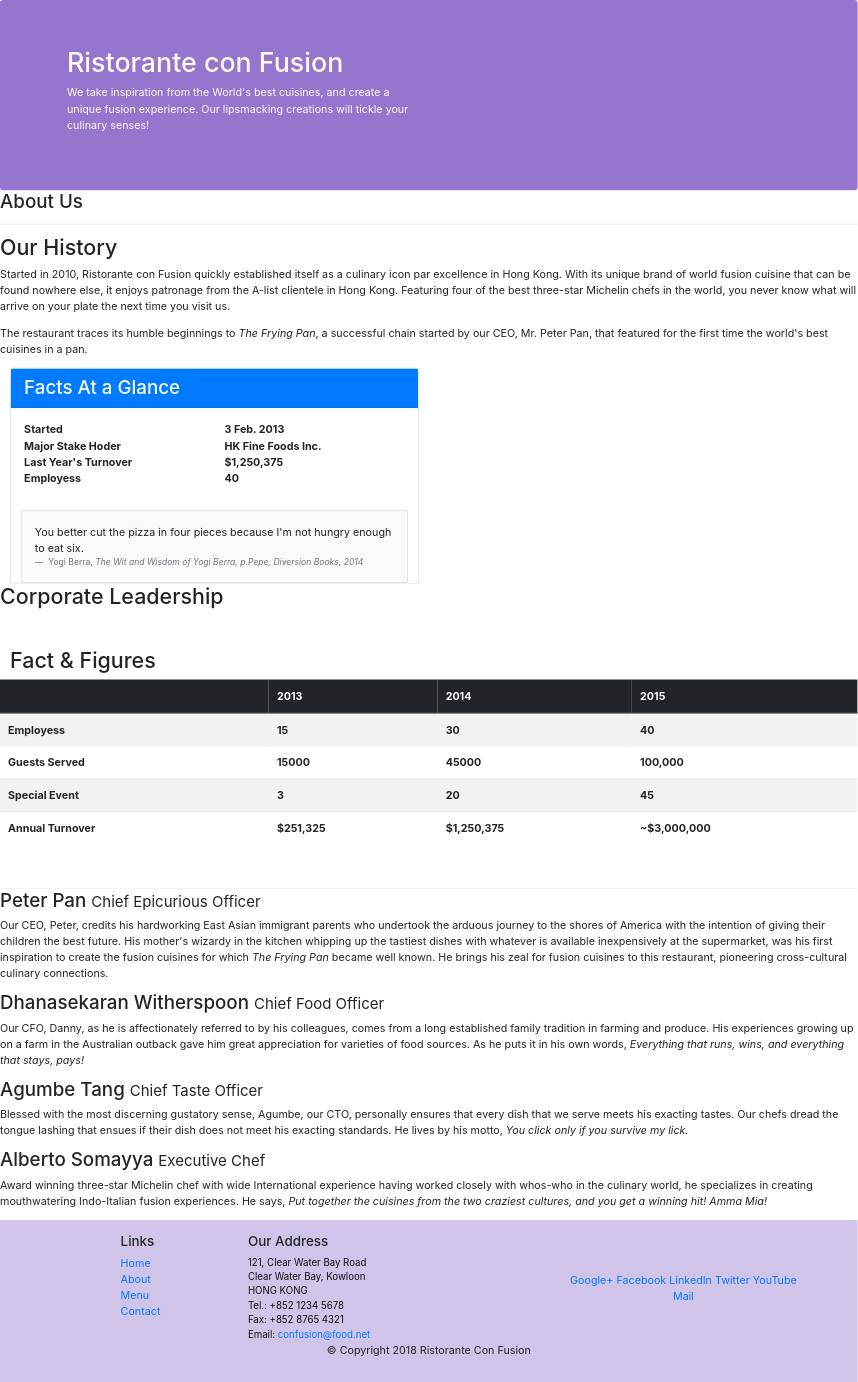
Repository: HwZau/conFusion
Page: aboutus.html
An editor plug-in stored every save of this project. The page is shown before and after a run of saves, followed by the edit.
The browser window is 1280 px wide. The pictures show the whole page, at 67% of full size.

Above is the page before, as saved 2022-05-19 11:09:33.

### aboutus.html
<!DOCTYPE html>
<html lang="en">

<head>
  <title>Ristorante Con Fusion: About Us</title>
  <meta charset="utf-8" />
  <meta name="viewport" content="width=device-width, initial-scale=1, shrink-to-fit=no" />
  <meta http-equiv="x-ua-compatible" content="ie=edge" />

  <!-- Bootstrap CSS -->
  <link rel="stylesheet" href="node_modules/bootstrap/dist/css/bootstrap.min.css" />
  <link rel="stylesheet" href="node_modules/font-awesome/css/font-awesome.min.css" />
  <link rel="stylesheet" href="node_modules/bootstrap-social/bootstrap-social.css" />
  <link rel="stylesheet" href="css/style.css" />
</head>
</head>

<body>
  <header class="jumbotron">
    <div class="container">
      <div class="row row-header">
        <div class="col-12 col-sm-6">
          <h1>Ristorante con Fusion</h1>
          <p>
            We take inspiration from the World's best cuisines, and create a
            unique fusion experience. Our lipsmacking creations will tickle
            your culinary senses!
          </p>
        </div>
        <div class="col-12 col-sm"></div>
      </div>
    </div>
  </header>

  <div>
    <div>
      <div>
        <h3>About Us</h3>
        <hr />
      </div>
    </div>

    <div>
      <div>
        <h2>Our History</h2>
        <p>
          Started in 2010, Ristorante con Fusion quickly established itself as
          a culinary icon par excellence in Hong Kong. With its unique brand
          of world fusion cuisine that can be found nowhere else, it enjoys
          patronage from the A-list clientele in Hong Kong. Featuring four of
          the best three-star Michelin chefs in the world, you never know what
          will arrive on your plate the next time you visit us.
        </p>
        <p>
          The restaurant traces its humble beginnings to
          <em>The Frying Pan</em>, a successful chain started by our CEO, Mr.
          Peter Pan, that featured for the first time the world's best
          cuisines in a pan.
        </p>
      </div>
      <div class="col-12 col-sm-6">
        <div class="card">
          <h3 class="card-header bg-primary text-white">Facts At a Glance</h3>
          <div class="card-body">
            <dl class="row">
              <dt class="col-6">Started</dt>
              <dt class="col-6">3 Feb. 2013</dt>
              <dt class="col-6">Major Stake Hoder</dt>
              <dt class="col-6">HK Fine Foods Inc.</dt>
              <dt class="col-6">Last Year's Turnover</dt>
              <dt class="col-6">$1,250,375</dt>
              <dt class="col-6">Employess</dt>
              <dt class="col-6">40</dt>
            </dl>
          </div>
          <div class="col-12">
            <div class="card card-body bg-light">
              <p class="mb-0">You better cut  the pizza in four pieces because I'm not hungry enough to eat six.</p>
              <footer class="blockquote-footer">
                Yogi Berra, <cite title="Source Title">The Wit and Wisdom of Yogi Berra, p.Pepe, Diversion Books, 2014</cite>
              </footer>
            </div>
          </div>
        </div>
      </div>

    </div>

    <div>
      <div>
        <h2>Corporate Leadership</h2>
        <div class="row row-content">
          <div class="col-12 col-sm-9">
            <h2>Fact &amp; Figures</h2>
          </div>
          <div class="col-12 col-sm-3"></div>

          <div class="table-responsive">
            <table class="table table-striped">
              <thead class="thead-dark">
                <tr>
                  <th>&nbsp;</th>
                  <th>2013</th>
                  <th>2014</th>
                  <th>2015</th>
                </tr>
              </thead>
              <tbody>
                <tr>
                  <th>Employess</th>
                  <th>15</th>
                  <th>30</th>
                  <th>40</th>
                </tr>
                <tr>
                  <th>Guests Served</th>
                  <th>15000</th>
                  <th>45000</th>
                  <th>100,000</th>
                </tr>
                <tr>
                  <th>Special Event</th>
                  <th>3</th>
                  <th>20</th>
                  <th>45</th>
                </tr>
                <tr>
                  <th>Annual Turnover</th>
                  <th>$251,325</th>
                  <th>$1,250,375</th>
                  <th>~$3,000,000</th>
                </tr>
              </tbody>
            </table>
          </div>
        </div>
        <h3>Peter Pan <small>Chief Epicurious Officer</small></h3>
        <p>
          Our CEO, Peter, credits his hardworking East Asian immigrant parents
          who undertook the arduous journey to the shores of America with the
          intention of giving their children the best future. His mother's
          wizardy in the kitchen whipping up the tastiest dishes with whatever
          is available inexpensively at the supermarket, was his first
          inspiration to create the fusion cuisines for which
          <em>The Frying Pan</em> became well known. He brings his zeal for
          fusion cuisines to this restaurant, pioneering cross-cultural
          culinary connections.
        </p>
        <h3>Dhanasekaran Witherspoon <small>Chief Food Officer</small></h3>
        <p>
          Our CFO, Danny, as he is affectionately referred to by his
          colleagues, comes from a long established family tradition in
          farming and produce. His experiences growing up on a farm in the
          Australian outback gave him great appreciation for varieties of food
          sources. As he puts it in his own words,
          <em>Everything that runs, wins, and everything that stays, pays!</em>
        </p>
        <h3>Agumbe Tang <small>Chief Taste Officer</small></h3>
        <p>
          Blessed with the most discerning gustatory sense, Agumbe, our CTO,
          personally ensures that every dish that we serve meets his exacting
          tastes. Our chefs dread the tongue lashing that ensues if their dish
          does not meet his exacting standards. He lives by his motto,
          <em>You click only if you survive my lick.</em>
        </p>
        <h3>Alberto Somayya <small>Executive Chef</small></h3>
        <p>
          Award winning three-star Michelin chef with wide International
          experience having worked closely with whos-who in the culinary
          world, he specializes in creating mouthwatering Indo-Italian fusion
          experiences. He says,
          <em>Put together the cuisines from the two craziest cultures, and you
            get a winning hit! Amma Mia!</em>
        </p>
      </div>
    </div>
  </div>

  <footer class="footer">
    <div class="container">
      <div class="row">
        <div class="col-4 offset-1 col-sm-2">
          <h5>Links</h5>
          <ul class="list-unstyled">
            <li><a href="#">Home</a></li>
            <li><a href="#">About</a></li>
            <li><a href="#">Menu</a></li>
            <li><a href="#">Contact</a></li>
          </ul>
        </div>
        <div class="col-7 col-sm-5">
          <h5>Our Address</h5>
          <address>
            121, Clear Water Bay Road<br />
            Clear Water Bay, Kowloon<br />
            HONG KONG<br />
            Tel.: +852 1234 5678<br />
            Fax: +852 8765 4321<br />
            Email: <a href="mailto:confusion@food.net">confusion@food.net</a>
          </address>
        </div>
        <div class="col-12 col-sm-4 align-self-center">
          <div class="text-center">
            <a href="http://google.com/+">Google+</a>
            <a href="http://www.facebook.com/profile.php?id=">Facebook</a>
            <a href="http://www.linkedin.com/in/">LinkedIn</a>
            <a href="http://twitter.com/">Twitter</a>
            <a href="http://youtube.com/">YouTube</a>
            <a href="mailto:">Mail</a>
          </div>
        </div>
      </div>
      <div class="row justify-content-center">
        <div class="col-auto">
          <p>© Copyright 2018 Ristorante Con Fusion</p>
        </div>
      </div>
    </div>
  </footer>
</body>

</html>

### css/style.css

.row-header {
	margin: 0px auto;
	padding: 0px auto;
}

.row-content {
	margin: 0 auto;
	padding: 50px 0px 50px 0px;
	border-bottom: 1px ridge;
	min-height: 400px;
}

.footer {
	background-color: #D1C4E9;
	margin: 0px auto;
	padding: 20px 0px 20px 0px;
}

.jumbotron {
	padding: 70px 30px 70px 30px;
	margin: 0px auto;
	background: #9575CD;
	color: floralwhite;
}

address {
	font-size: 90%;
	margin: 0px;
	color:#0f0f0f;
}

Loaded but not shown: node_modules/bootstrap/dist/css/bootstrap.min.css (library); node_modules/font-awesome/css/font-awesome.min.css (library); node_modules/bootstrap-social/bootstrap-social.css (library)

After the next 7 saves:
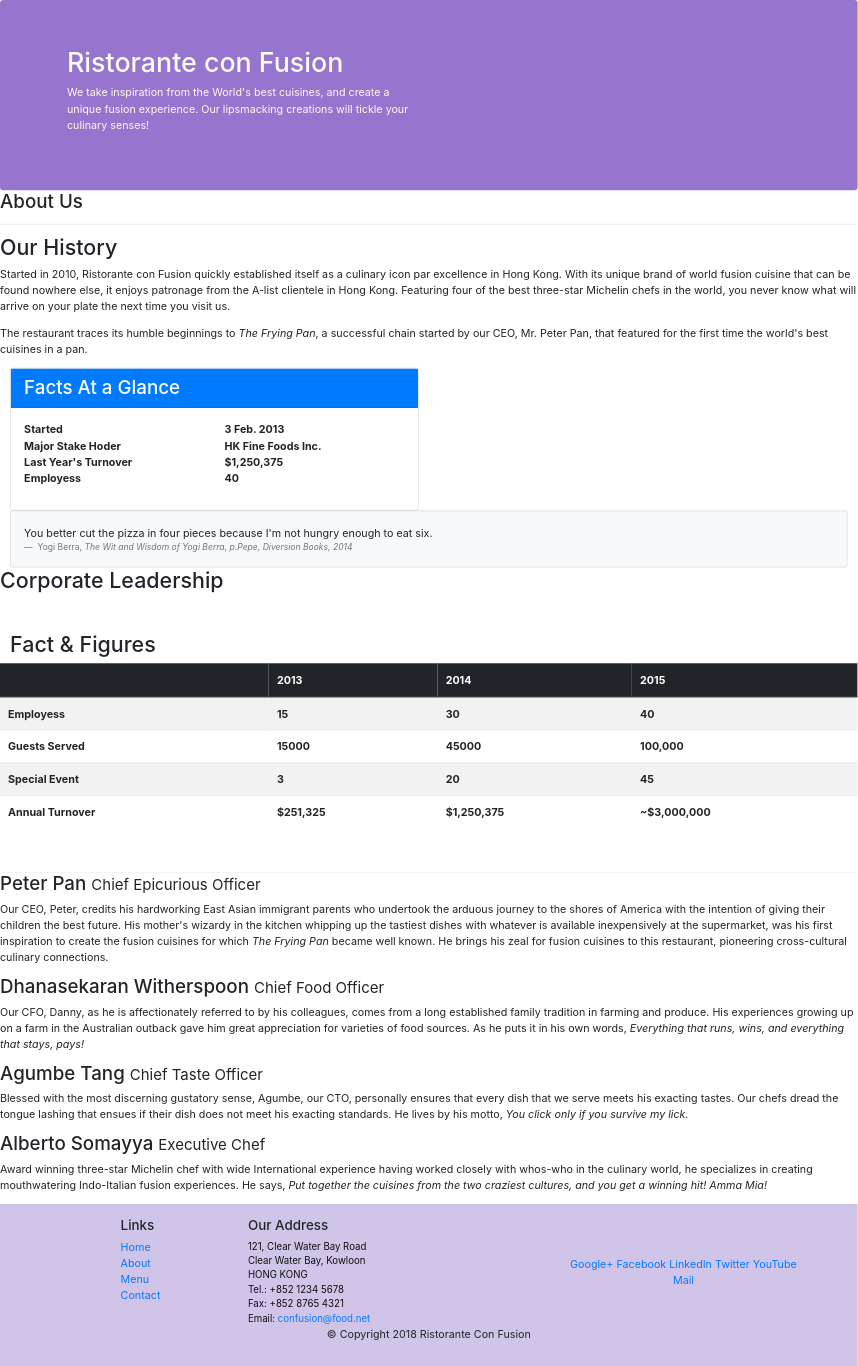
The 7 saves are shown as one change because they came seconds apart.
The last was saved 19 s later.
--- a/aboutus.html
+++ b/aboutus.html
@@ -73,18 +73,21 @@
               <dt class="col-6">40</dt>
             </dl>
           </div>
-          <div class="col-12">
-            <div class="card card-body bg-light">
-              <p class="mb-0">You better cut  the pizza in four pieces because I'm not hungry enough to eat six.</p>
-              <footer class="blockquote-footer">
-                Yogi Berra, <cite title="Source Title">The Wit and Wisdom of Yogi Berra, p.Pepe, Diversion Books, 2014</cite>
-              </footer>
-            </div>
-          </div>
-        </div>
-      </div>
-
-    </div>
+
+        </div>
+
+      </div>
+
+
+    </div>
+    <div class="col-12">
+        <div class="card card-body bg-light">
+          <p class="mb-0">You better cut  the pizza in four pieces because I'm not hungry enough to eat six.</p>
+          <footer class="blockquote-footer">
+            Yogi Berra, <cite title="Source Title">The Wit and Wisdom of Yogi Berra, p.Pepe, Diversion Books, 2014</cite>
+          </footer>
+        </div>
+      </div>
 
     <div>
       <div>

After the 3 saves that followed:
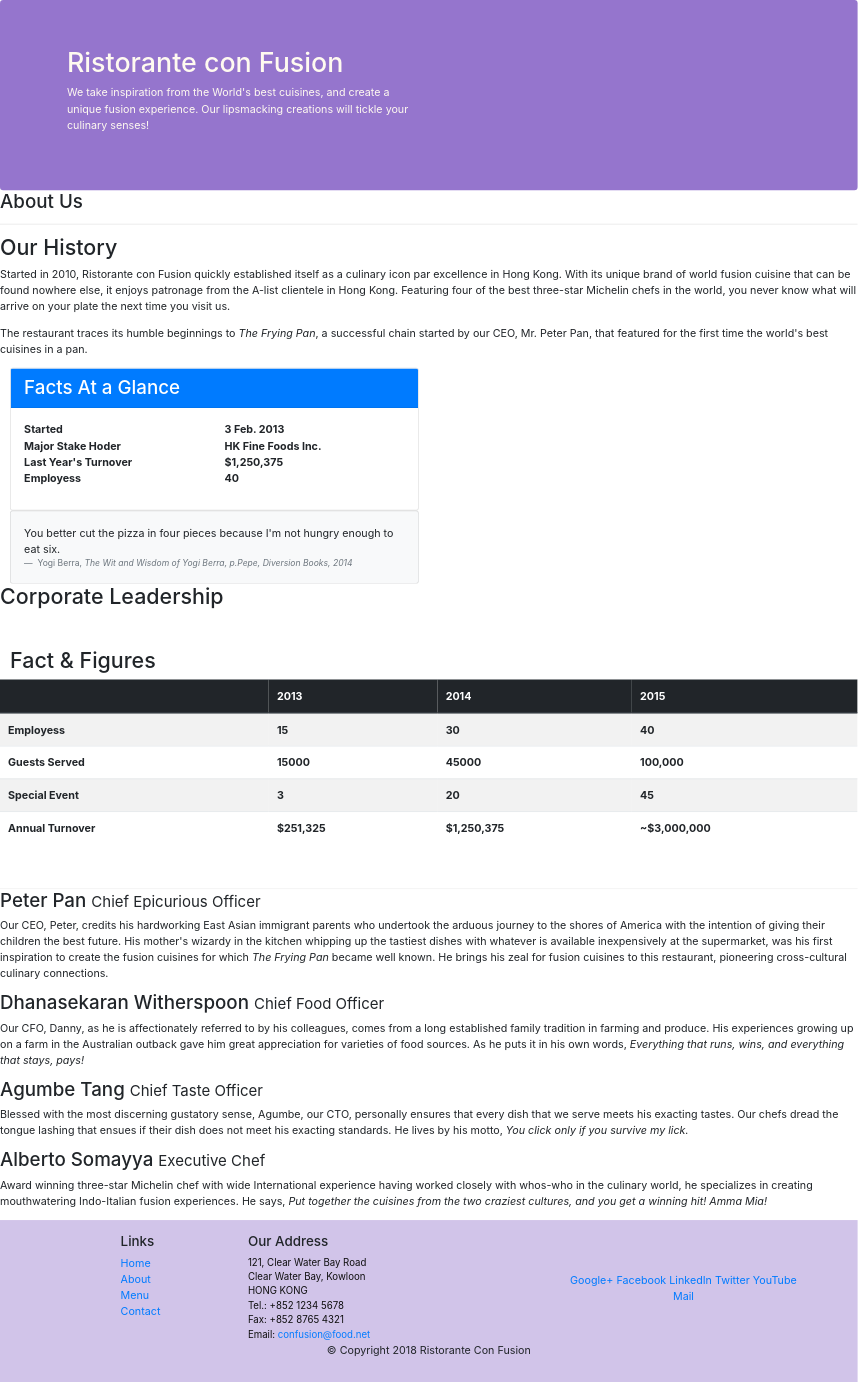
The 3 saves are shown as one change because 1 left the picture as it was and some came seconds apart.
The last was saved 46 s later.
--- a/aboutus.html
+++ b/aboutus.html
@@ -73,14 +73,9 @@
               <dt class="col-6">40</dt>
             </dl>
           </div>
-
-        </div>
-
-      </div>
-
-
-    </div>
-    <div class="col-12">
+        </div>
+      </div>
+      <div class="col-6">
         <div class="card card-body bg-light">
           <p class="mb-0">You better cut  the pizza in four pieces because I'm not hungry enough to eat six.</p>
           <footer class="blockquote-footer">
@@ -88,6 +83,7 @@
           </footer>
         </div>
       </div>
+    </div>
 
     <div>
       <div>
